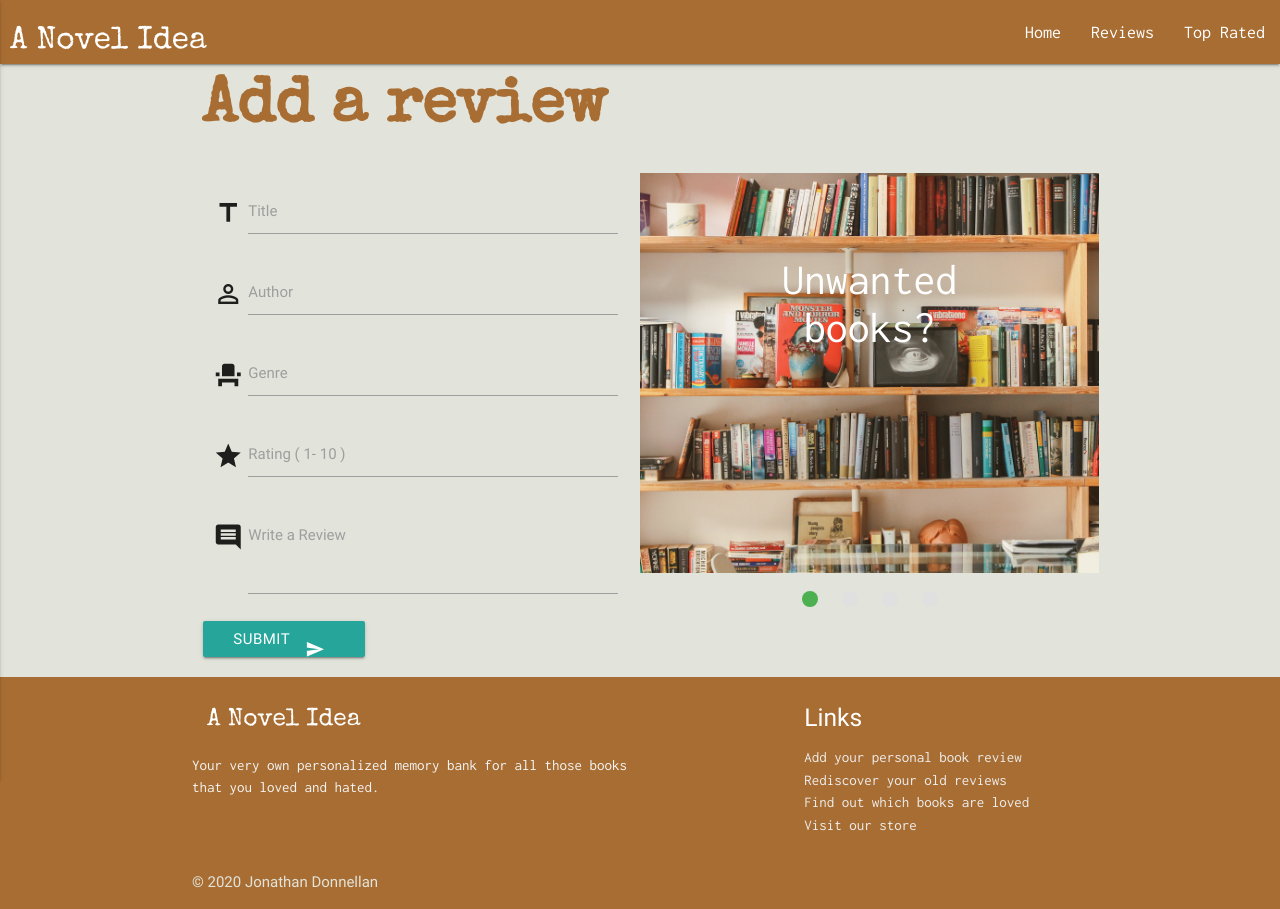
Repository: johnny-don/a-novel-idea
Page: http://localhost/add_review
The author's editor kept a record of every edit. The page is drawn from the files as they stood at one moment, then again after the next edit.
The browser window is 1280 px wide. The pictures show the whole page.
Some web libraries are served in a nearby version. The page is served by the project's application, run on Flask 3 (app.py).

Above is the page before.

### templates/addreview.html
{% extends 'base.html' %} {% block content %}

<h1 class="headline">Add a review</h1>

<div class="row sections">
    <div class="col s6">
    <form action="{{url_for('submit_review') }}" method="POST" class="col s12">

        <div class="input-field">
          <i class="material-icons prefix">title</i>
          <input id="title" name="title" type="text" class="materialize-textarea">
          <label for="icon_prefix2 text-font">Title</label>
        </div>


        <div class="input-field">
          <i class="material-icons prefix">perm_identity</i>
          <input id="author" name="author" type="text" class="materialize-textarea">
          <label for="icon_prefix2 text-font">Author</label>
        </div>


        <div class="input-field">
          <i class="material-icons prefix">event_seat</i>
          <input id="genre" name="genre" type="text" class="materialize-textarea">
          <label for="icon_prefix2 text-font">Genre</label>
        </div>


        <div class="input-field">
          <i class="material-icons prefix">grade</i>
          <input id="rating" name="rating" type="number" class="materialize-textarea">
          <label for="icon_prefix2 text-font">Rating ( 1- 10 )</label>
        </div>


        <div class="input-field">
          <i class="material-icons prefix">comment</i>
          <textarea id="review" name="review" type="text" class="materialize-textarea"></textarea>
          <label for="icon_prefix2 text-font">Write a Review</label>
        </div>

      <button class="btn waves-effect waves-light" type="submit" name="action">Submit
    <i class="material-icons right text-font">send</i>
  </button>

    </form>
    </div>


      <div class="slider col s6">
    <ul class="slides">
      <li>
        <img src="static/images/home-bookshelf.jpg">
        <div class="caption center-align">
          <h3 class="text-font">Unwanted books?</h3>
        </div>
      </li>
      <li>
        <img src="static/images/woman-bookstore.jpg">
        <div class="caption left-align">
          <h3 class="text-font">We can find a new owner</h3>

        </div>
      </li>
      <li>
        <img src="static/images/bookshop.jpg">
        <div class="caption right-align">
          <h3 class="text-font">Bring them in</h3>

        </div>
      </li>
      <li>
        <img src="static/images/woman-back-bookstore.jpg">
        <div class="caption center-align">
          <h3 class="text-font">They are safe with us</h3>
          <a href="https://last-bookshop.business.site/" class="light grey-text text-lighten-3 text-font">Click here to visit our store</a>
        </div>
      </li>
    </ul>
  </div>
  </div>




{% endblock %}

### templates/base.html
<!DOCTYPE html>
<html lang="en">

<head>
  <meta charset="UTF-8">
  <meta name="viewport" content="width=device-width, initial-scale=1.0">
  <meta http-equiv="X-UA-Compatible" content="ie=edge">
  <link rel="stylesheet" href="{{url_for('static', filename='css/style.css')}}" type="text/css" />
  <link href="https://fonts.googleapis.com/icon?family=Material+Icons" rel="stylesheet">
  <link rel="stylesheet" href="https://cdnjs.cloudflare.com/ajax/libs/materialize/0.100.2/css/materialize.min.css">
  <link href="https://fonts.googleapis.com/css?family=Special+Elite&display=swap" rel="stylesheet">


  <title>A Novel Idea</title>
</head>

<! –– navbar, footer and grid system are from materializecss.com ––>

<body>
  <header>
    <nav class="nav-foot">
      <div class="nav-wrapper">
        <a href="{{url_for('add_review')}}" class=" brand brand-logo">A Novel Idea</a>
        <a href="#" data-activates="mobile-demo" class="button-collapse"><i class="material-icons">menu</i></a>
        <ul id="nav-mobile" class="right hide-on-med-and-down">
          <li><a href="{{url_for('add_review')}}" class="text-font menu-link">Home</a></li>
          <li><a href="{{url_for('get_reviews')}}" class="text-font menu-link">Reviews</a></li>
          <li><a href="{{url_for('top_rated')}}" class="text-font menu-link">Top Rated</a></li>
        </ul>
        <ul class="side-nav" id="mobile-demo">
          <li><a href="{{url_for('add_review')}}" class="text-font">Home</a></li>
          <li><a href="{{url_for('get_reviews')}}" class="text-font">Reviews</a></li>
          <li><a href="{{url_for('top_rated')}}" class="text-font">Top Rated</a></li>
        </ul>
      </div>
    </nav>
  </header>


  <div class="container main-section">
    {% block content %} {% endblock %}
  </div>


  <footer class="footer nav-foot">
    <div class="container">
      <div class="row">
        <div class="col l6 s12">
          <h5 class="white-text brand">A Novel Idea</h5>
          <p class="grey-text text-lighten-4 text-font">Your very own personalized memory bank for all those books that you loved and hated. </p>
        </div>
        <div class="col l4 offset-l2 s12">
          <h5 class="white-text">Links</h5>
          <ul>

            <li><a class="grey-text text-lighten-3 text-font" href="{{url_for('add_review')}}">Add your personal book review</a></li>
            <li><a class="grey-text text-lighten-3 text-font" href="{{url_for('get_reviews')}}">Rediscover your old reviews</a></li>
            <li><a class="grey-text text-lighten-3 text-font" href="{{url_for('top_rated')}}">Find out which books are loved</a></li>
            <li><a class="grey-text text-lighten-3 text-font" href="https://last-bookshop.business.site/">Visit our store</a></li>

          </ul>
        </div>
      </div>
    </div>
    <div class="footer-copyright">
      <div class="container">
        © 2020 Jonathan Donnellan

      </div>
    </div>
  </footer>








  <script src="https://cdnjs.cloudflare.com/ajax/libs/jquery/3.2.1/jquery.min.js"></script>
  <script src="https://cdnjs.cloudflare.com/ajax/libs/materialize/0.100.2/js/materialize.min.js"></script>
  <script type="text/javascript">
    $(document).ready(function() {
      $('.collapsible').collapsible();
      $(".button-collapse").sideNav();
      $('.slider').slider();
    });
  </script>
</body>

</html>

### app.py
import os
from flask import Flask, render_template, redirect, request, url_for, request
from flask_pymongo import PyMongo
from bson.objectid import ObjectId

# guidance, formatting and labelling help for this code from code-institute mini project */

app = Flask(__name__)

app.config["MONGO_DBNAME"] = 'novel_idea'
app.config["MONGO_URI"] = os.getenv('MONGO_URI', 'mongodb://localhost')


mongo = PyMongo(app)



@app.route('/')

    # This view retrieves the reviews from the database and displays them in the reviews.html page
@app.route('/get_reviews')
def get_reviews():
    return render_template("reviews.html", reviews=mongo.db.info.find())


    # This page is where the users creates a review
@app.route('/add_review')
def add_review():
    return render_template('addreview.html')


    # This view activates on the click of the submit button, the review is added to the database and the user is redirected to the reviews.html
@app.route('/submit_review', methods=['POST'])
def submit_review():
    info = mongo.db.info
    info.insert_one(request.form.to_dict())
    return redirect(url_for('get_reviews'))


    # This view retrieves the review info and displays it for editing
@app.route('/edit_review/<review_id>')
def edit_review(review_id):
    the_review = mongo.db.info.find_one({"_id": ObjectId(review_id)})
    return render_template('editreview.html', review=the_review)


   # Updates the database with the new information and redirects to the reviews.html
@app.route('/update_review/<review_id>', methods=["POST"])
def update_review(review_id):
    reviews=mongo.db.info
    reviews.update( {'_id': ObjectId(review_id)},
    {
        'title':request.form.get('title'),
        'author':request.form.get('author'),
        'genre':request.form.get('genre'),
        'rating':int(request.form.get('rating')),
        'review':request.form.get('review')
    })

    return redirect(url_for('get_reviews'))


    # Deletes a record from the database
@app.route('/delete_review/<review_id>')
def delete_review(review_id):
    mongo.db.info.remove({'_id': ObjectId(review_id)})
    return redirect(url_for('get_reviews'))


    # sorts the reviews and displays them in a list
@app.route('/top_rated')
def top_rated():
    return render_template("toprated.html", ratings=mongo.db.info.find().sort("rating", -1))





if __name__ == '__main__':
    app.run(host=os.environ.get('IP'),
            port=int(os.environ.get('PORT')),
            debug=True)

### static/css/style.css
@import url('https://fonts.googleapis.com/css?family=Special+Elite&display=swap');
@import url('https://fonts.googleapis.com/css?family=Inconsolata&display=swap');
@import url('https://fonts.googleapis.com/css?family=Inconsolata&display=swap');

/* these are my personal stylings, overriding or changing the materializecss.com styles */

body {
        background-color: #e2e3da;
}

/* buttons */

.btn-small {
    margin-left: 15px;
    margin-top: 10px;
    margin-bottom: 10px;
    margin-right: 10px;
    padding: 5px;
    background-color: #a86d32;
    color: white;
    font-family: 'Inconsolata', monospace;
}

/* fonts */


.headline {
   font-family: 'Special Elite', cursive;
    font-weight: bold;
    color: #a86d32;
    margin: 10px;
}


.text-font {
    font-family: 'Inconsolata', monospace;
}

/* navbar */

.brand {
   font-family: 'Special Elite', cursive;
   margin: 10px;
   padding: 5px;
}

.menu-link {
    font-size: larger;

}

.side-nav {
   background-color: #a86d32;
}

.nav-foot {

    background-color: #a86d32;
}

/* footer */

.footer {
    padding-top: 15px;
    padding-bottom: 15px;
    color: #e2e3da;
    background-color: #a86d32;
}

/* icons */

.material-icons {
    margin: 10px;

}

.icons {
    margin: 10px;

}


/* image slider */

.slider-text {
    font-family: 'Inconsolata', monospace;
    color: #e2e3da;
    font-weight: bolder;

}

.slider-font {
    font-weight: 800;
    color: #cdcdb1;
    font-family: 'Inconsolata', monospace;

}



/* sections */

.sections {
    margin-top: 30px;
    margin-bottom: 30px;
}

.review-section {
    background-color: #e2e3da;
    padding: 10px;

}



.main-section {
    margin: 20px;
}

After the next edit:
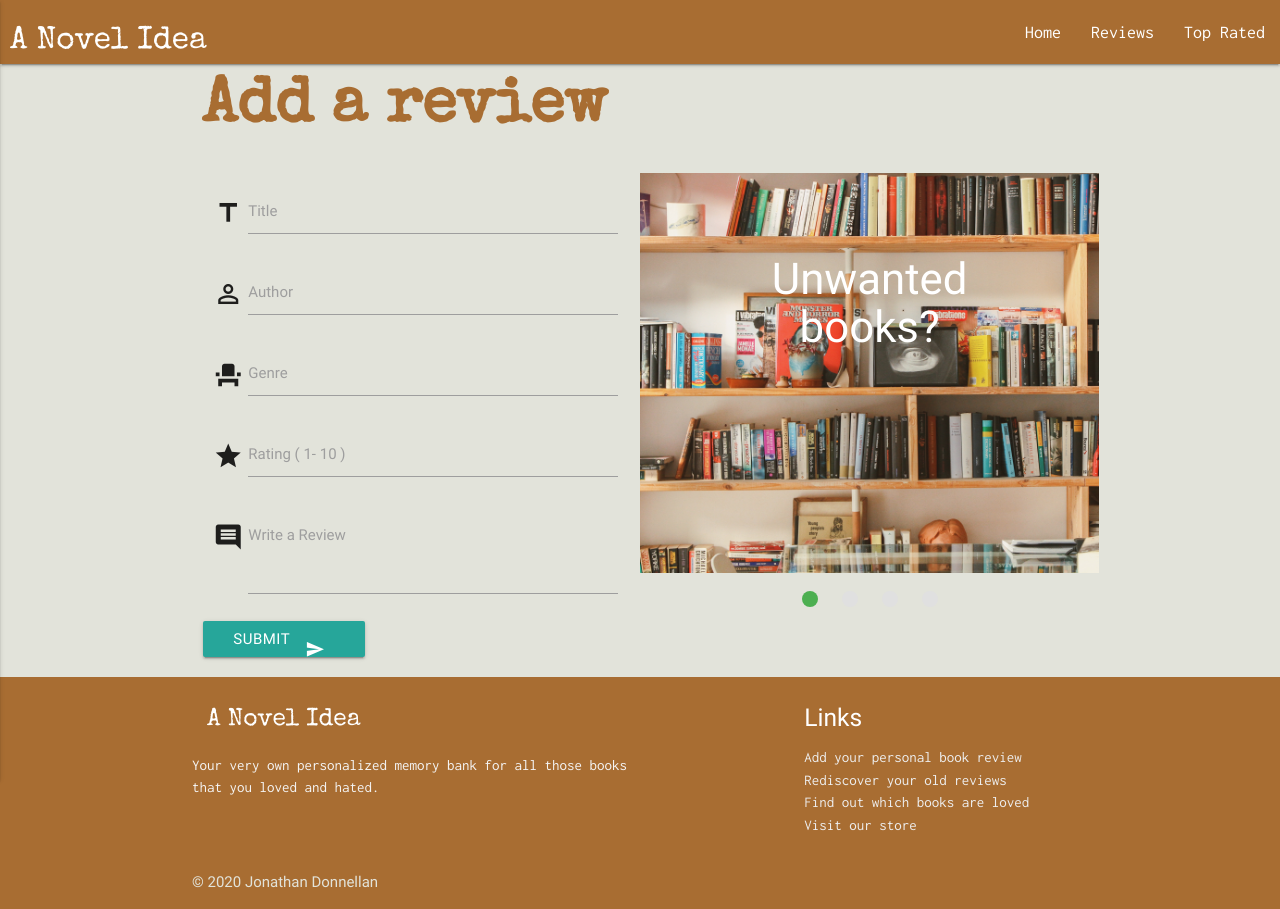
The edit:
--- a/templates/addreview.html
+++ b/templates/addreview.html
@@ -53,7 +53,7 @@
       <li>
         <img src="static/images/home-bookshelf.jpg">
         <div class="caption center-align">
-          <h3 class="text-font">Unwanted books?</h3>
+          <h3 class=".slider-font">Unwanted books?</h3>
         </div>
       </li>
       <li>
